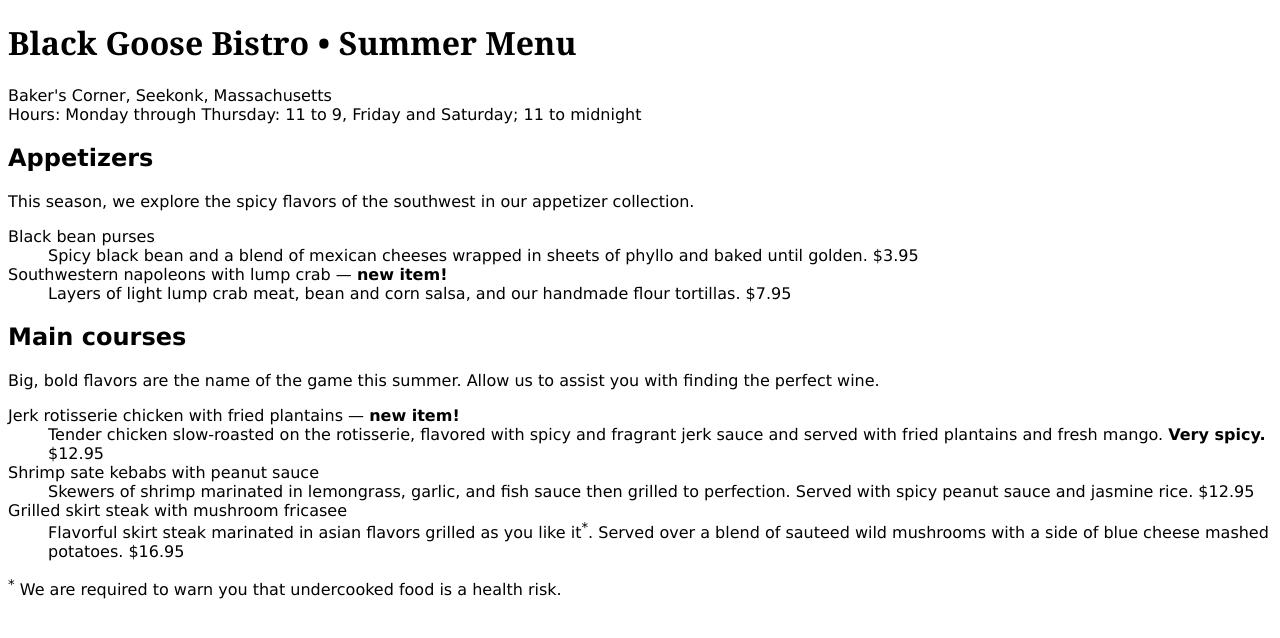
Repository: Lithium87/WebDesign
Page: Bistro/menu.html
An editor plug-in stored every save of this project. The page is shown before and after the next save, followed by the edit.
The browser window is 1280 px wide. The pictures show the whole page.
Some web fonts or font styles are not loaded; a fallback is used.

Above is the page before, as saved 2020-04-14 09:50:22.

### Bistro/menu.html
<!DOCTYPE html >
<html>

<head>
    <meta charset="utf-8">
    <title>Black Goose Bistro Summer Menu</title>
    <link href="http://fonts.googleapis.com/ css?family=Marko+One" rel="stylesheet">
    <style>
        body {
            font-family: Verdana, sans-serif;
            font-size: 100%;
        }

        h1 {
            font-family: "Marko One", Georgia, serif;
        }
    </style>
</head>

<body>

    <div id="info">
        <h1>Black Goose Bistro &bull; Summer Menu</h1>

        <p>Baker's Corner, Seekonk, Massachusetts<br>
            <span class="label">Hours: Monday through Thursday:</span> 11 to 9, <span class="label">Friday and Saturday;</span> 11 to midnight</p>
    </div>

    <div id="appetizers">
        <h2>Appetizers</h2>
        <p>This season, we explore the spicy flavors of the southwest in our appetizer collection.</p>

        <dl>
            <dt>Black bean purses</dt>
            <dd>Spicy black bean and a blend of mexican cheeses wrapped in sheets of phyllo and baked until golden. <span class="price">$3.95</span></dd>

            <dt class="newitem">Southwestern napoleons with lump crab &mdash; <strong>new item!</strong></dt>
            <dd>Layers of light lump crab meat, bean and corn salsa, and our handmade flour tortillas. <span class="price">$7.95</span></dd>
        </dl>
    </div>

    <div id="entrees">

        <h2>Main courses</h2>
        <p>Big, bold flavors are the name of the game this summer. Allow us to assist you with finding the perfect wine.</p>


        <dl>

            <dt class="newitem">Jerk rotisserie chicken with fried plantains &mdash; <strong>new item!</strong></dt>
            <dd>Tender chicken slow-roasted on the rotisserie, flavored with spicy and fragrant jerk sauce and served with fried plantains and fresh mango. <strong>Very spicy.</strong> <span class="price">$12.95</span></dd>

            <dt>Shrimp sate kebabs with peanut sauce</dt>
            <dd>Skewers of shrimp marinated in lemongrass, garlic, and fish sauce then grilled to perfection. Served with spicy peanut sauce and jasmine rice. <span class="price">$12.95</span></dd>

            <dt>Grilled skirt steak with mushroom fricasee</dt>
            <dd>Flavorful skirt steak marinated in asian flavors grilled as you like it<sup>*</sup>. Served over a blend of sauteed wild mushrooms with a side of blue cheese mashed potatoes. <span class="price">$16.95</span></dd>
        </dl>

    </div>

    <p class="warning"><sup>*</sup> We are required to warn you that undercooked food is a health risk.</p>

</body>

</html>

After the next save:
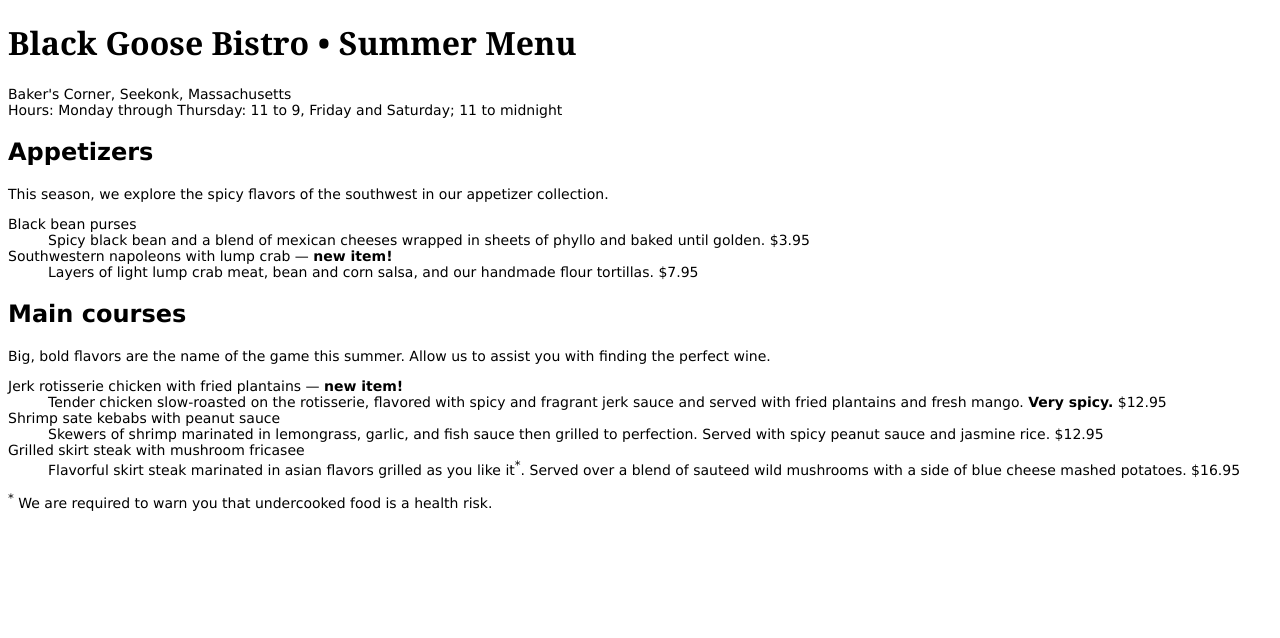
Saved 93 s later.
--- a/Bistro/menu.html
+++ b/Bistro/menu.html
@@ -13,6 +13,11 @@
 
         h1 {
             font-family: "Marko One", Georgia, serif;
+        }
+
+        p,
+        dl {
+            font-size: 0.875em;
         }
     </style>
 </head>
